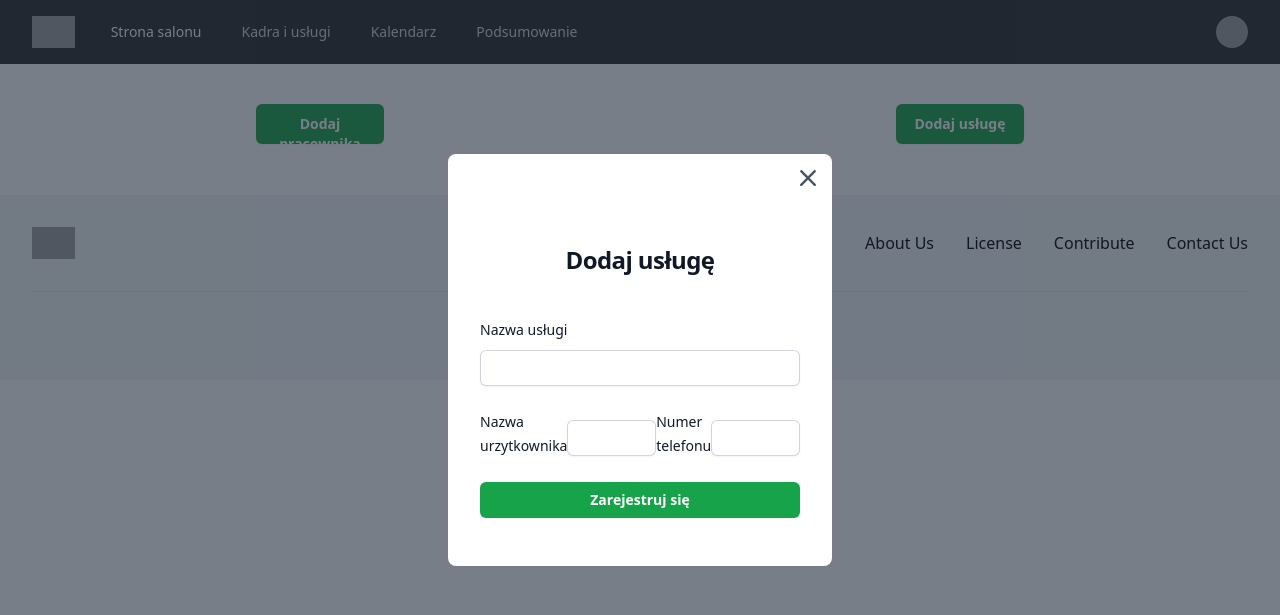
Repository: PrzemyslawJura/my-app
Page: /pracownicy (app in frontend/), after clicking the first element matching `div.gap-x-6 > :nth-child(2)`
These files come from the project's save history. The page is drawn as it stood at one moment and after the next save; the edit follows.
The browser window is 1280 px wide. The pictures show the whole page.
Pictures or frames that could not be fetched are drawn as grey boxes. The page's requests for data from a server got no answer. The project was rebuilt for these pictures with package versions that can differ from the ones it lists, and the page was loaded fresh each time. No one was signed in, and anything a server would have sent is missing. Also part of the build but not shown: frontend/src/components/Location.jsx, frontend/src/home/Feature.jsx, frontend/src/shared_np_buttony_inputy_kalendarze_itp/PaginationTile.jsx, frontend/src/home/Pagination.jsx, frontend/src/home/Listbox.jsx, frontend/src/home/StepOne.jsx, frontend/src/home/StepTwo.jsx, frontend/src/home/SalonOffer.jsx and 22 more.

Above is the page before, as saved 2023-11-24 15:28:54.

### frontend/src/index.js
import React from 'react';
import ReactDOM from 'react-dom/client';
import './index.css';
import App from './core/App';
import reportWebVitals from './reportWebVitals';
import { BrowserRouter } from 'react-router-dom';

const root = ReactDOM.createRoot(document.getElementById('root'));
root.render(
  <React.StrictMode>
    <BrowserRouter>
      <App />
    </BrowserRouter>
  </React.StrictMode>
);

// If you want to start measuring performance in your app, pass a function
// to log results (for example: reportWebVitals(console.log))
// or send to an analytics endpoint. Learn more: https://bit.ly/CRA-vitals
reportWebVitals();

### frontend/src/index.css
@tailwind base;
html {
  scroll-behavior: smooth;
}

@tailwind components;
@tailwind utilities;

### frontend/src/core/App.jsx
import BrowserRoutes from "./BrowserRoutes"
import FooterWithLogo from "./Footer"
import NavbarBiznes from "./NavbarBiznes";
import NavbarHome from "./NavbarHome";



export default function App() {
  let navigationBar = <NavbarHome/>
  function userIsLogin(user)
  {
    if (user == false) navigationBar = <NavbarBiznes/>
    else navigationBar = <NavbarHome/>
  }
  return (
    <>
      {userIsLogin(false)}
      {navigationBar}
      <BrowserRoutes/>
      <FooterWithLogo/>
    </>
  )
}

### frontend/src/core/BrowserRoutes.jsx
import Home from "../home/Home"
import CalendarOfWork from "../biznes/CalendarOfWork"
import SalonPage from "../biznes/SalonPage"
import Workers from "../biznes/Workers"
import { Route, Routes } from "react-router-dom"
import NavbarBiznes from "./NavbarBiznes"

export default function BrowserRoutes() {
  return (
      <Routes>
        <Route path="/" element={<Home/>}/>
        <Route path="/stronasalonu" element={<SalonPage/>}/>
        <Route path="/pracownicy" element={<Workers/>}/>
        <Route path="/kalendarz" element={<CalendarOfWork/>}/>
      </Routes>
  )
}

### frontend/src/core/Footer.jsx
import { Typography } from "@material-tailwind/react";

export default function FooterWithLogo() {
  return (
    <footer id="footer" className="w-full p-8 bg-slate-100">
      <div className="flex flex-row flex-wrap items-center justify-center gap-y-6 gap-x-12 text-center md:justify-between">
      <img
        className="h-8 w-auto"
        src="https://tailwindui.com/img/logos/mark.svg?color=green&shade=600"
        alt=""
      />
        <ul className="flex flex-wrap items-center gap-y-2 gap-x-8">
          <li>
            <Typography
              as="a"
              href="#"
              color="blue-gray"
              className="font-normal transition-colors hover:text-blue-500 focus:text-blue-500"
            >
              About Us
            </Typography>
          </li>
          <li>
            <Typography
              as="a"
              href="#"
              color="blue-gray"
              className="font-normal transition-colors hover:text-blue-500 focus:text-blue-500"
            >
              License
            </Typography>
          </li>
          <li>
            <Typography
              as="a"
              href="#"
              color="blue-gray"
              className="font-normal transition-colors hover:text-blue-500 focus:text-blue-500"
            >
              Contribute
            </Typography>
          </li>
          <li>
            <Typography
              as="a"
              href="#"
              color="blue-gray"
              className="font-normal transition-colors hover:text-blue-500 focus:text-blue-500"
            >
              Contact Us
            </Typography>
          </li>
        </ul>
      </div>
      <hr className="my-8 border-blue-gray-50" />
      <Typography color="blue-gray" className="text-center font-normal">
        &copy; 2023 Material Tailwind
      </Typography>
    </footer>
  );
}

### frontend/src/core/NavbarBiznes.jsx
import { Fragment } from 'react'
import { Disclosure, Menu, Transition } from '@headlessui/react'
import { Bars3Icon, XMarkIcon } from '@heroicons/react/24/outline'


const navigation = [
  { name: 'Strona salonu', href: '/stronasalonu', current: true },
  { name: 'Kadra i usługi', href: '/pracownicy', current: false },
  { name: 'Kalendarz', href: '/kalendarz', current: false },
  { name: 'Podsumowanie', href: '/podsumowanie', current: false },
]

function classNames(...classes) {
  return classes.filter(Boolean).join(' ')
}

export default function NavbarBiznes({}) {
  return (
    <Disclosure as="nav" className="bg-zinc-800">
      {({ open }) => (
        <>
          <div className="mx-auto max-w-7xl px-2 sm:px-6 lg:px-8">
            <div className="relative flex h-16 items-center justify-between">
              <div className="absolute inset-y-0 left-0 flex items-center sm:hidden">
                {/* Mobile menu button*/}
                <Disclosure.Button className="relative inline-flex items-center justify-center rounded-md p-2 text-gray-400 hover:bg-gray-700 hover:text-white focus:outline-none focus:ring-2 focus:ring-inset focus:ring-white">
                  <span className="absolute -inset-0.5" />
                  <span className="sr-only">Open main menu</span>
                  {open ? (
                    <XMarkIcon className="block h-6 w-6" aria-hidden="true" />
                  ) : (
                    <Bars3Icon className="block h-6 w-6" aria-hidden="true" />
                  )}
                </Disclosure.Button>
              </div>
              <div className="flex flex-1 items-center justify-center sm:items-stretch sm:justify-start">
                <div className="flex flex-shrink-0 items-center">
                  <img
                    className="h-8 w-auto"
                    src="https://tailwindui.com/img/logos/mark.svg?color=green&shade=500"
                    alt="Your Company"
                  />
                </div>
                <div className="hidden sm:ml-6 sm:block">
                  <div className="flex space-x-4">
                    {navigation.map((item) => (
                      <a
                        key={item.name}
                        href={item.href}
                        className={classNames(
                          item.current ? 'bg-zinc-800 text-white' : 'text-gray-300 hover:bg-zinc-600 hover:text-white',
                          'rounded-md px-3 py-2 text-sm font-medium'
                        )}
                        aria-current={item.current ? 'page' : undefined}
                      >
                        {item.name}
                      </a>
                    ))}
                  </div>
                </div>
              </div>
              <div className="absolute inset-y-0 right-0 flex items-center pr-2 sm:static sm:inset-auto sm:ml-6 sm:pr-0">
                {/* Profile dropdown */}
                <Menu as="div" className="relative ml-3">
                  <div>
                    <Menu.Button className="relative flex rounded-full bg-gray-800 text-sm focus:outline-none focus:ring-2 focus:ring-white focus:ring-offset-2 focus:ring-offset-gray-800">
                      <span className="absolute -inset-1.5" />
                      <span className="sr-only">Open user menu</span>
                      <img
                        className="h-8 w-8 rounded-full"
                        src="https://images.unsplash.com/photo-1592647420148-bfcc177e2117?ixlib=rb-4.0.3&ixid=M3wxMjA3fDB8MHxwaG90by1wYWdlfHx8fGVufDB8fHx8fA%3D%3D&auto=format&fit=crop&w=2039&q=80"
                        alt=""
                      />
                    </Menu.Button>
                  </div>
                  <Transition
                    as={Fragment}
                    enter="transition ease-out duration-100"
                    enterFrom="transform opacity-0 scale-95"
                    enterTo="transform opacity-100 scale-100"
                    leave="transition ease-in duration-75"
                    leaveFrom="transform opacity-100 scale-100"
                    leaveTo="transform opacity-0 scale-95"
                  >
                    <Menu.Items className="absolute right-0 z-10 mt-2 w-48 origin-top-right rounded-md bg-white py-1 shadow-lg ring-1 ring-black ring-opacity-5 focus:outline-none">
                      <Menu.Item>
                        {({ active }) => (
                          <a
                            href="#"
                            className={classNames(active ? 'bg-gray-100' : '', 'block px-4 py-2 text-sm text-gray-700')}
                          >
                            Twój profil
                          </a>
                        )}
                      </Menu.Item>
                      <Menu.Item>
                        {({ active }) => (
                          <a
                            href="#"
                            className={classNames(active ? 'bg-gray-100' : '', 'block px-4 py-2 text-sm text-gray-700')}
                          >
                            Ustawienia
                          </a>
                        )}
                      </Menu.Item>
                      <Menu.Item>
                        {({ active }) => (
                          <a
                            href="#"
                            className={classNames(active ? 'bg-gray-100' : '', 'block px-4 py-2 text-sm text-gray-700')}
                          >
                            Wyloguj
                          </a>
                        )}
                      </Menu.Item>
                    </Menu.Items>
                  </Transition>
                </Menu>
              </div>
            </div>
          </div>

          <Disclosure.Panel className="sm:hidden">
            <div className="space-y-1 px-2 pb-3 pt-2">
              {navigation.map((item) => (
                <Disclosure.Button
                  key={item.name}
                  as="a"
                  href={item.href}
                  className={classNames(
                    item.current ? 'bg-gray-900 text-white' : 'text-gray-300 hover:bg-gray-700 hover:text-white',
                    'block rounded-md px-3 py-2 text-base font-medium'
                  )}
                  aria-current={item.current ? 'page' : undefined}
                >
                  {item.name}
                </Disclosure.Button>
              ))}
            </div>
          </Disclosure.Panel>
        </>
      )}
    </Disclosure>
  )
}

### frontend/src/biznes/Workers.jsx
import React, { useState } from 'react'
import AddWorker from "./AddWorker"
import AddService from './AddService'
import MainButton from "../shared_np_buttony_inputy_kalendarze_itp/MainButton"
import Dropdown from "../shared_np_buttony_inputy_kalendarze_itp/Dropdown"
import Hairdresser from "../components/Hairdresser"
import { useEffect } from 'react';
import Service from '../components/Service'

const people = [
  {
    name: 'Leslie Alexander',
    email: 'leslie.alexander@example.com',
    telephone: '213 123 123',
    role: 'Co-Founder / CEO',
    imageUrl:
      'https://images.unsplash.com/photo-1494790108377-be9c29b29330?ixlib=rb-1.2.1&ixid=eyJhcHBfaWQiOjEyMDd9&auto=format&fit=facearea&facepad=2&w=256&h=256&q=80',
    lastSeen: '3h ago',
    lastSeenDateTime: '2023-01-23T13:23Z',
  },
  {
    name: 'Michael Foster',
    email: 'michael.foster@example.com',
    role: 'Co-Founder / CTO',
    imageUrl:
      'https://images.unsplash.com/photo-1519244703995-f4e0f30006d5?ixlib=rb-1.2.1&ixid=eyJhcHBfaWQiOjEyMDd9&auto=format&fit=facearea&facepad=2&w=256&h=256&q=80',
    lastSeen: '3h ago',
    lastSeenDateTime: '2023-01-23T13:23Z',
  },
  {
    name: 'Dries Vincent',
    email: 'dries.vincent@example.com',
    role: 'Business Relations',
    imageUrl:
      'https://images.unsplash.com/photo-1506794778202-cad84cf45f1d?ixlib=rb-1.2.1&ixid=eyJhcHBfaWQiOjEyMDd9&auto=format&fit=facearea&facepad=2&w=256&h=256&q=80',
    lastSeen: null,
  },
  {
    name: 'Lindsay Walton',
    email: 'lindsay.walton@example.com',
    role: 'Front-end Developer',
    imageUrl:
      'https://images.unsplash.com/photo-1517841905240-472988babdf9?ixlib=rb-1.2.1&ixid=eyJhcHBfaWQiOjEyMDd9&auto=format&fit=facearea&facepad=2&w=256&h=256&q=80',
    lastSeen: '3h ago',
    lastSeenDateTime: '2023-01-23T13:23Z',
  },
  {
    name: 'Courtney Henry',
    email: 'courtney.henry@example.com',
    role: 'Designer',
    imageUrl:
      'https://images.unsplash.com/photo-1438761681033-6461ffad8d80?ixlib=rb-1.2.1&ixid=eyJhcHBfaWQiOjEyMDd9&auto=format&fit=facearea&facepad=2&w=256&h=256&q=80',
    lastSeen: '3h ago',
    lastSeenDateTime: '2023-01-23T13:23Z',
  },
  {
    name: 'Tom Cook',
    email: 'tom.cook@example.com',
    role: 'Director of Product',
    imageUrl:
      'https://images.unsplash.com/photo-1472099645785-5658abf4ff4e?ixlib=rb-1.2.1&ixid=eyJhcHBfaWQiOjEyMDd9&auto=format&fit=facearea&facepad=2&w=256&h=256&q=80',
    lastSeen: null,
  },
]

const sortOptions = [
  { name: 'Zmień dane', href: '#', current: true },
  { name: 'Usuń pracownika', href: '#', current: true },
  { name: 'Dodaj nieobecność', href: '#', current: true }
]



export default function Workers() {
  const [isShown, setIsShown] = useState(0);
  const [workers, setWorkers] = useState([]);

  useEffect(() => {
    fetch('https://localhost:7230/Salons/WorkersWithSalonId/1')
      .then((res) => res.json())
      .then((result) => {
        setWorkers(result);
        console.log(result)
      });
  }, [])

  return (
    <>
        <div className="w-3/5 m-auto my-5 ">
            <ul role="list" className="divide-y divide-gray-100">
              {workers.map((person) => (
                <>
                <li key={person.id} className="flex justify-between gap-x-6 py-5">
                  <Hairdresser person={person}/>
                  <Dropdown title="Edytuj" options={sortOptions}/>
                </li>
                <Service workerId={person.id}/>
                </>
              ))}
            </ul>
            <div className="flex justify-between gap-x-6 py-5">
              <span onClick={() => setIsShown(1)}>
                <MainButton text="Dodaj pracownika"/>
              </span>

              <span onClick={() => setIsShown(2)}>
                <MainButton text="Dodaj usługę"/>
              </span>
            </div>

            {isShown == 1 && <AddWorker setIsShown={setIsShown} />}
            {isShown == 2 && <AddService setIsShown={setIsShown} />}
        </div>
    </>
  )
}

### frontend/src/shared_np_buttony_inputy_kalendarze_itp/MainButton.jsx
export default function MainButton({text}) {
    return (
        <button
        type="submit"
        className="w-20 sm:w-32 flex-none rounded-md bg-green-600 px-3.5 py-2.5 text-sm font-semibold max-h-10 my-auto
                   text-white shadow-sm hover:bg-green-400 focus-visible:outline focus-visible:outline-2
                   focus-visible:outline-offset-2 focus-visible:outline-indigo-500"
        >
        {text}
        </button>
    )}

### frontend/src/biznes/AddService.jsx
import { XMarkIcon } from '@heroicons/react/20/solid'
import React, { useEffect, useState } from 'react';

const AddService = ({ setIsShown }) => {


  const handleSubmit = async (e) => {
    e.preventDefault();
    try {


      const response = await fetch('https://localhost:7230/api/User', {
        method: 'POST',
        headers: { 'Content-Type': 'application/json' },
        body: JSON.stringify({  "UserName": document.getElementById("Email").value,
                                "Email": document.getElementById("UserName").value,
                                "PhoneNumber": document.getElementById("PhoneNumber").value }),
      });

      const data = await response.json();
      if(response.status != 201)
      {
        document.getElementById(e.target.name + "SuccesfullyValidation").classList.add("hidden")
        document.getElementById(e.target.name + "ErrorValidation").classList.remove("hidden")
      }
      else
      {
        document.getElementById(e.target.name + "ErrorValidation").classList.add("hidden")
        document.getElementById(e.target.name + "SuccesfullyValidation").classList.remove("hidden")
        setTimeout(() => setIsShown(0), 1200);
      }
      console.log(data);
    } catch (error) {
      console.error('Błąd:', error);
    }
  };

  const handleInputChange = (e) => {
    const { name, value } = e.target;
    if(e.target.value.match(e.target.pattern))
    {
      document.getElementById(e.target.name + "Err").classList.add("hidden")
    }
    else
    {
      document.getElementById(e.target.name + "Err").classList.remove("hidden")
    }
  };

    return (
      <>
      <div className="w-full h-full fixed top-0 left-0 bg-gray-800 bg-opacity-60">
        <div className="top-2/4 left-2/4 translate-x-[-50%] translate-y-[-50%] h-auto bg-white w-96 rounded-lg fixed flex flex-1 flex-col justify-center px-6 py-12 lg:px-8">
          <div className="sm:mx-auto sm:w-full sm:max-w-sm">
                          <XMarkIcon
                          onClick={()=> setIsShown(0)}
                className="cursor-pointer h-8 w-8 text-gray-600 absolute top-2 right-2"
                aria-hidden="true"
              />
            <h2 className="mt-10 text-center text-2xl font-bold leading-9 tracking-tight text-gray-900">
              Dodaj usługę
            </h2>
          </div>

          <div className="mt-10 sm:mx-auto sm:w-full sm:max-w-sm">
            <form className="space-y-6" onSubmit={handleSubmit}>
              <div>
                <label htmlFor="email" className="block text-sm font-medium leading-6 text-gray-900">
                  Nazwa usługi
                </label>
                <div className="mt-2">
                  <input
                    pattern='^[\w-\.]+@([\w-]+\.)+[\w-]{2,4}$'
                    onChange={handleInputChange}
                    name="Name"
                    type="text"
                    id='Name'
                    autoComplete="email"
                    required
                    className="block w-full rounded-md border-0 py-1.5 text-gray-900 shadow-sm ring-1 ring-inset ring-gray-300 placeholder:text-gray-400 focus:ring-2 focus:ring-inset focus:ring-green-600 sm:text-sm sm:leading-6"
                  />
                </div>
                <span id='NameErr' className='text-sm text-red-600 hidden'>Email nie poprawny</span>
              </div>

              <div className="flex items-center justify-between">
                <div className="flex items-center justify-between">
                  <label htmlFor="password" className="block text-sm font-medium leading-6 text-gray-900">
                    Nazwa urzytkownika
                  </label>
                </div>
                <div className="mt-2">
                  <input
                    pattern="[A-Za-z0-9]{3,255}"
                    onChange={handleInputChange}
                    name="UserName"
                    type="text"
                    id='UserName'
                    required
                    className="block w-full rounded-md border-0 py-1.5 text-gray-900 shadow-sm ring-1 ring-inset ring-gray-300 placeholder:text-gray-400 focus:ring-2 focus:ring-inset focus:ring-green-600 sm:text-sm sm:leading-6"
                  />
                </div>
                <span id='UserNameErr' className='text-sm text-red-600 hidden'>Nazwa urzytkownika musi zawierać przynajmniej 3 litery</span>

                <div className="flex items-center justify-between">
                  <label htmlFor="password" className="block text-sm font-medium leading-6 text-gray-900">
                    Numer telefonu
                  </label>
                </div>
                <div className="mt-2">
                  <input
                    pattern="[1-9]{9}"
                    onChange={handleInputChange}
                    name="PhoneNumber"
                    id='PhoneNumber'
                    type="text"
                    autoComplete="current-password"
                    required
                    className="block w-full rounded-md border-0 py-1.5 text-gray-900 shadow-sm ring-1 ring-inset ring-gray-300 placeholder:text-gray-400 focus:ring-2 focus:ring-inset focus:ring-green-600 sm:text-sm sm:leading-6"
                  />
                </div>
                <span id='PhoneNumberErr' className='text-sm text-red-600 hidden'>Numer telefonu musi zawierać 9 cyfr</span>
              </div>

              <span id='ErrorValidation' className='text-sm text-red-600 hidden'>Podano nie właściwe dane</span>
              <span id='SuccesfullyValidation' className='text-sm text-green-600 hidden'>Pomyślnie utworzono konto salonu</span>

              <div>
                <button
                  type="submit"
                  className="flex w-full justify-center rounded-md bg-green-600 px-3 py-1.5 text-sm font-semibold leading-6 text-white shadow-sm hover:bg-green-500 focus-visible:outline focus-visible:outline-2 focus-visible:outline-offset-2 focus-visible:outline-green-600"
                >
                  Zarejestruj się
                </button>
              </div>
            </form>
          </div>
        </div>
        </div>
      </>
    )
  }

  export default AddService

### frontend/tailwind.config.js
/** @type {import('tailwindcss').Config} */
module.exports = {
  content: [
    "./src/**/*.{js,jsx,ts,tsx}",
  ],
  theme: {
    extend: {
      backgroundImage: {
        /*https://unsplash.com/photos/EW_rqoSdDes?utm_source=unsplash&utm_medium=referral&utm_content=creditShareLink*/
        /*author: Nathon Oski*/
        'main-image': "url('/src/assets/main-image.jpg')",
      },
      backgroundColor: {
        'bgGray': '#f8f9fa',
      }
    },
  },
  plugins: [],
}

Loaded but not shown: frontend/public/index.html (common file); frontend/src/reportWebVitals.js (common file)

After the next save:
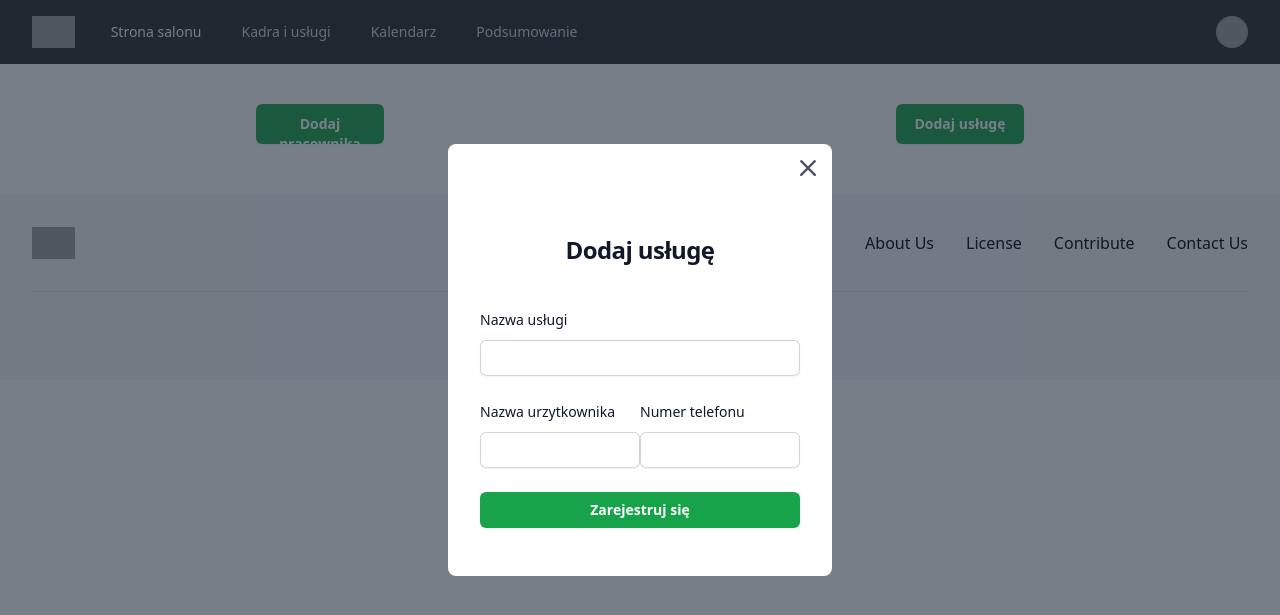
Saved 44 s later.
--- a/frontend/src/biznes/AddService.jsx
+++ b/frontend/src/biznes/AddService.jsx
@@ -84,6 +84,7 @@ const AddService = ({ setIsShown }) => {
               </div>
 
               <div className="flex items-center justify-between">
+                <div>
                 <div className="flex items-center justify-between">
                   <label htmlFor="password" className="block text-sm font-medium leading-6 text-gray-900">
                     Nazwa urzytkownika
@@ -102,6 +103,8 @@ const AddService = ({ setIsShown }) => {
                 </div>
                 <span id='UserNameErr' className='text-sm text-red-600 hidden'>Nazwa urzytkownika musi zawierać przynajmniej 3 litery</span>
 
+                </div>
+                <div>
                 <div className="flex items-center justify-between">
                   <label htmlFor="password" className="block text-sm font-medium leading-6 text-gray-900">
                     Numer telefonu
@@ -120,6 +123,7 @@ const AddService = ({ setIsShown }) => {
                   />
                 </div>
                 <span id='PhoneNumberErr' className='text-sm text-red-600 hidden'>Numer telefonu musi zawierać 9 cyfr</span>
+                </div>
               </div>
 
               <span id='ErrorValidation' className='text-sm text-red-600 hidden'>Podano nie właściwe dane</span>
